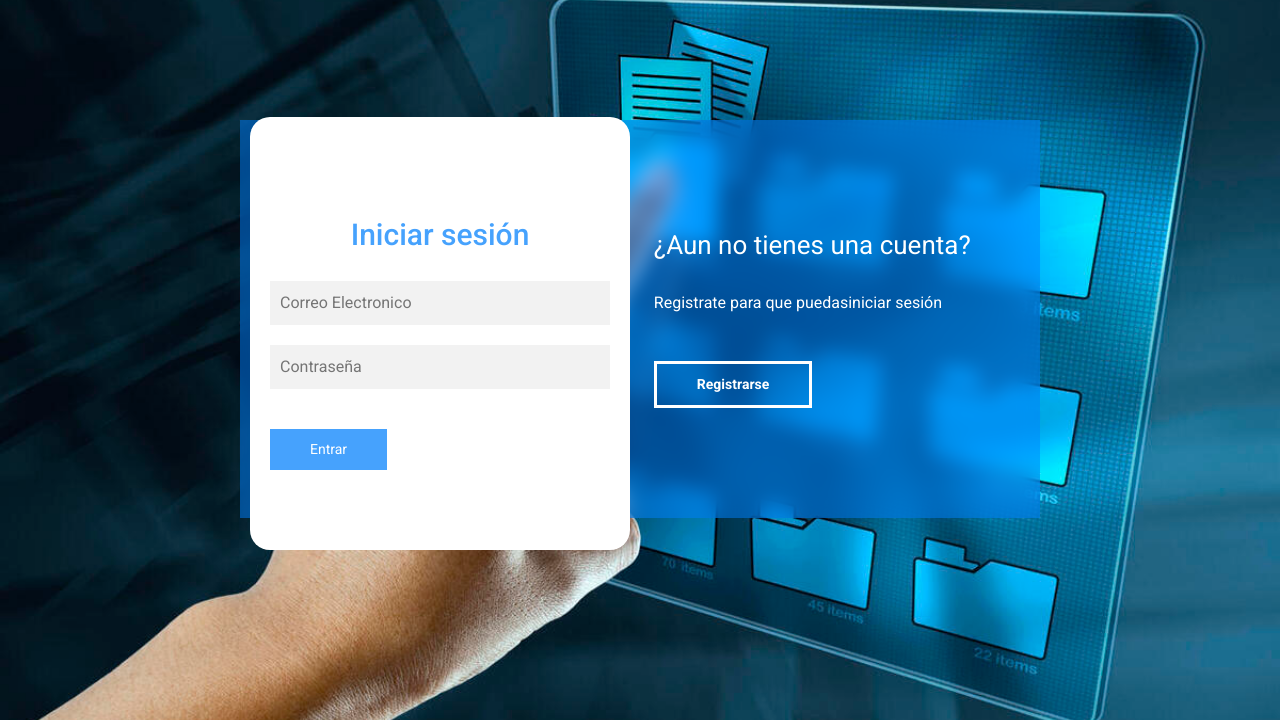
Repository: NickArregoces/Login__Register
Page: Index.html
These files come from the project's save history. The page is drawn as it stood at one moment and after the next save; the edit follows.
The browser window is 1280 px wide. The pictures show the whole page.

Above is the page before, as saved 2021-10-26 20:28:22.
Console error: TypeError: Cannot read properties of null (reading 'style')

After the next save:
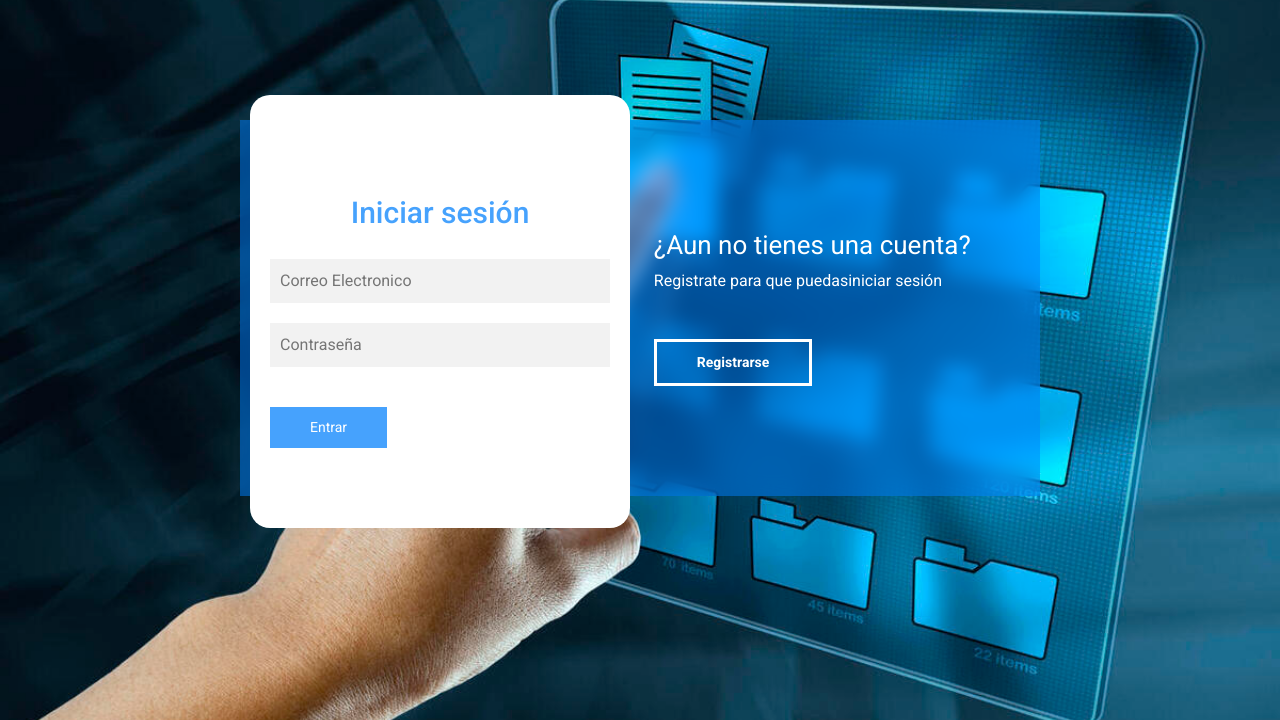
Saved 65 s later.
--- a/CSS/Style.css
+++ b/CSS/Style.css
@@ -39,7 +39,9 @@ main{
     color: white;
     transition: all 500ms;
 }
-.caja_trasera div p,
+.caja_trasera div p{
+
+}
 .caja_trasera div button{
     margin-top: 30px;
 }
